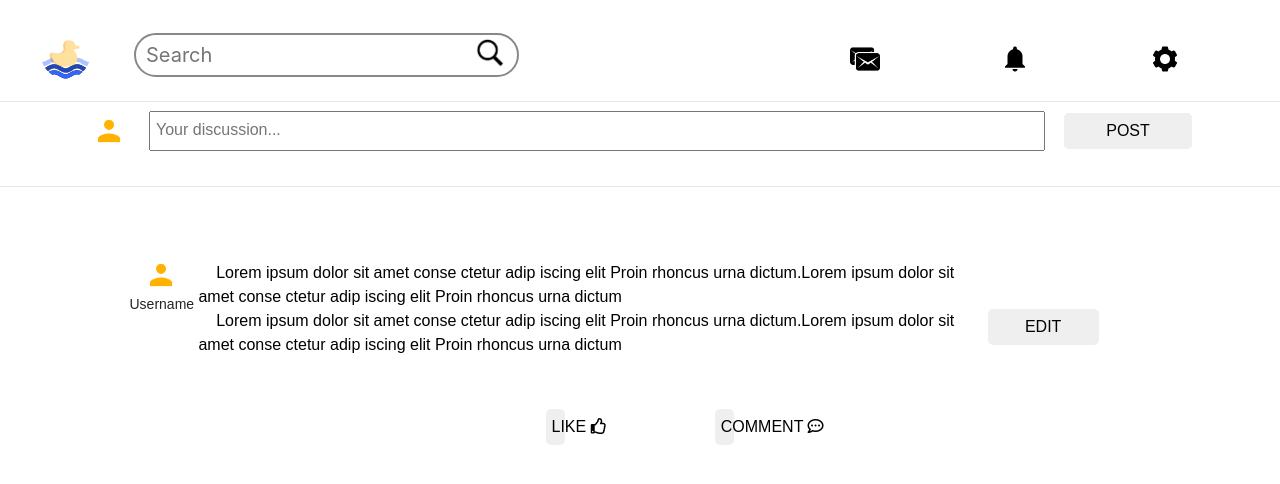
Repository: AOY311/DuckEdu
Page: discusion.html
These files come from the project's save history. The page is drawn as it stood at one moment and after the next save; the edit follows.
The browser window is 1280 px wide. The pictures show the whole page.
Some web libraries are served in a nearby version.

Above is the page before, as saved 2021-10-23 22:43:46.
Not found: comment.css

### discusion.html
<!DOCTYPE html>
<html lang="en">

<head>
    <meta charset="UTF-8" />
    <meta http-equiv="X-UA-Compatible" content="IE=edge" />
    <meta name="viewport" content="width=device-width, initial-scale=1.0" />
    <title>Comment</title>
    <link rel="stylesheet" href="comment.css" />

    <script src="https://kit.fontawesome.com/a0a7c0f0d8.js" crossorigin="anonymous"></script>

    <link rel="stylesheet" href="https://stackpath.bootstrapcdn.com/bootstrap/4.1.3/css/bootstrap.min.css" />
    <link rel="stylesheet" href="https://use.fontawesome.com/releases/v5.3.1/css/all.css" />
    <script src="https://cdnjs.cloudflare.com/ajax/libs/jquery/3.3.1/jquery.min.js"></script>
    <script src="https://stackpath.bootstrapcdn.com/bootstrap/4.1.3/js/bootstrap.min.js"></script>
    <link rel="stylesheet" href="CSS/toolbar.css">
    <style>
        .disc {
            margin: 0;
            padding: 0;
            font-family: sans-serif;
        }

        .img-avt {
            width: 50px;
            padding: 10px;
        }

        .ip-disc {
            height: 40px;
            padding: 6px;
            margin: 10px 15px;
            width: 70%;
            outline: none;
            resize: none;
            max-height: 200px;
        }

        .ip-disc::-webkit-scrollbar {
            display: none;
        }

        .btn {
            padding: 6px;
            width: 10%;
            cursor: pointer;
            border-radius: 5px;
            transition: 0.25s;
            margin: 0 4px;
            outline: none;
            border: none;
        }

        .btn:hover {
            background-color: rgb(190, 190, 190);
        }

        .btn-like:hover {
            background-color: #74b9ff;
        }

        .btn-cmt:hover {
            background-color: #55efc4;
        }

        .body-disc {
            padding: 8px;
            margin-top: 11px;
            display: flex;
            flex-direction: column;
            justify-content: center;
            align-items: center;
        }

        .posted-disc {
            max-width: 1109px;
        }

        .posted-disc,
        .ur-new-cmt,
        .oth-cmted {
            display: flex;
            align-items: center;
            width: 100%;
            text-align: justify;
            justify-content: center;
            position: relative;
            margin-top: 40px;
        }

        .line-disc {
            padding: 6px;
            width: 70%;
            margin: 10px 15px;
            outline: none;
            resize: none;
            border: none;
        }

        .line-disc::-webkit-scrollbar {
            display: none;
        }

        .disc-react {
            text-align: center;
            display: flex;
            justify-content: space-between;
        }

        .username {
            position: absolute;
            top: 5px;
            left: 50px;
        }

        .username::after {
            content: "Username";
            position: absolute;
            top: 80%;
            left: -10px;
            font-size: 14px;
            padding: 4px;
        }

        .cmt-in-cmt {
            padding: 20px 40px;
            position: relative;
        }

        textarea[readonly="true"] {
            height: fit-content;
        }

        .error_ms {
            display: block;
        }

        #dis_checkIp {
            margin-left: 150px;
            margin-top: -2%;
            color: red;
            display: none;
        }

        #com_checkIp {
            margin-left: 150px;
            color: red;
            display: none;
        }

        .header-disc {
            display: flex;
            align-items: center;
            justify-content: center;
            padding-bottom: 25px;
            box-shadow: rgba(17, 17, 26, 0.1) 0px 1px 0px;
        }

        .active-like {
            background-color: #74b9ff;
            color: #fff;
        }

        .active-cmt {
            background-color: #55efc4;
            color: #fff;
        }
    </style>
</head>

<body onload="hide_comment()">
    <div class="header">
        <nav class="header-contener">
            <div class="contener">
                <div class="side-left">
                    <span>
                        <a href="home.jsp" class="logo"><img id="logo_home" src="img/logo.svg" alt="logo"></a>
                         <div id="DuckEdu">
                             DUCK EDU
                         </div>
                    </span>
                    <span>
                        <div class="search">
                            <form action="#" method="GET">
                                <button class="icon btn-search " id="searchIcon" type="submit"><img src="./img/search.png" alt=""></button>
                                <input type="text" id="searchInput" placeholder="Search">
                            </form>
                            <div class="list-result-search">
                                <div class="result-search" id="a1" role="button" ><data>abcabcabcabcabcabcabcabcabcabcabcabcabcabcabcabc</data></div>
                                <div class="result-search" id="a2" role="button" >abc</div>
                                <div class="result-search" id="a3" role="button" >abc</div>
                                <div class="result-search" id="a4" role="button" >abc</div>
                                <div class="result-search" id="a5" role="button" >abc</div>
                                <div class="result-search" id="a6" role="button" >abc</div>
                            </div>
                        </div>
                    </span>
                </div>
                <div class="side-right">
                    <div class="option">
                        <nav>
                            <ul class="header_ul">
                                <li><img class="icon" src="img/message.png" alt="">
                                    <ul class="drop">
                                        <a href="message.html">
                                            <li>
                                                <img style="width: 25px; padding-right: 10px;" src="https://www.gravatar.com/avatar/205e460b479e2e5b48aec07710c08d50" /> some thing content there, Im handsome guy
                                            </li>
                                        </a>
                                        <a href="message.html">
                                            <li>
                                                <img style="width: 25px; padding-right: 10px;" src="https://www.gravatar.com/avatar/205e460b479e2e5b48aec07710c08d50" /> some thing content there, Im handsome guy
                                            </li>
                                        </a>

                                    </ul>
                                </li>
                                <li><img class="icon" src="img/bell.png" alt="">
                                    <ul class="drop">
                                        <li>
                                            <img style="width: 25px; padding-right: 10px;" src="https://www.gravatar.com/avatar/205e460b479e2e5b48aec07710c08d50" /> some thing content there, Im handsome guy
                                        </li>
                                    </ul>
                                </li>
                                <li><img class="icon" src="img/setting.png" alt="">
                                    <ul class="drop setting">
                                        <a style="width: 100%;" href="user.jsp">
                                            <li>
                                                <img style="width: 25px; padding-right: 10px;" src="https://www.gravatar.com/avatar/205e460b479e2e5b48aec07710c08d50" /> User
                                            </li>
                                        </a>
                                        <a style="width: 100%;" href="setting.jsp">
                                            <li>
                                                Setting page
                                            </li>
                                        </a>
                                        <li>
                                            Logout
                                        </li>
                                    </ul>
                                </li>
                            </ul>
                        </nav>
                    </div>
                </div>
            </div>
        </nav>
    </div>
    <div class="disc" id="disc-id">
        <!-- Your Input to Disscussion -->
        <div class="header-disc">
            <img src="./img/avt.png" alt="avatar" class="img-avt" />
            <textarea placeholder="Your discussion..." class="ip-disc" id="post-discusion-value"></textarea>
            <button type="submit" class="btn btn-post" id="post-discusion" onclick="postDiscusion()">
            POST
          </button>
        </div>
        <p id="dis_checkIp">INVALID</p>

        <!-- Body Disscussion -->
        <div class="body-disc">
            <!-- add div right there -->
            <div id="container-discusion"></div>
            <!-- posted disscussion -->
            <div class="posted-disc" id="test_id_2">
                <div class="username">
                    <img src="./img/avt.png" alt="avatar" class="img-avt" />
                </div>
                <textarea class="line-disc" id="test_id" readonly>
    Lorem ipsum dolor sit amet conse ctetur adip iscing elit Proin rhoncus urna dictum.Lorem ipsum dolor sit amet conse ctetur adip iscing elit Proin rhoncus urna dictum
    Lorem ipsum dolor sit amet conse ctetur adip iscing elit Proin rhoncus urna dictum.Lorem ipsum dolor sit amet conse ctetur adip iscing elit Proin rhoncus urna dictum
            </textarea>
                <button class="btn btn-edit" id="test_id_1" onclick="edit(this.id)">
              EDIT
            </button>
            </div>
            <div class="disc-react" id="post-form">
                <button class="btn btn-like">
              LIKE <i class="far fa-thumbs-up"></i>
            </button>
                <button class="btn btn-cmt" onclick="hide_comment()">
              COMMENT <i class="far fa-comment-dots"></i>
            </button>
            </div>

            <!-- Cmt in another post -->
            <div class="cmt-in-cmt" id="myDIV">
                <div class="ur-new-cmt">
                    <div class="username">
                        <img src="./img/avt.png" alt="avatar" class="img-avt" />
                    </div>
                    <textarea placeholder="Your discussion..." class="ip-disc" id="post-comment-value"></textarea>
                    <button type="submit" class="btn btn-post" id="post-comment" onclick="postComment()">
                POST
              </button>
                </div>
                <p id="com_checkIp">INVALID</p>

                <div id="container-comment"></div>

                <div class="oth-cmted">
                    <div class="username">
                        <img src="./img/avt.png" alt="avatar" class="img-avt img-oth" />
                    </div>
                    <textarea class="line-disc" readonly>
    Lorem ipsum dolor sit amet conse ctetur adip iscing elit Proin rhonc us urna dictum
                </textarea>
                    <button class="btn btn-like">
                LIKE <i class="far fa-thumbs-up"></i>
              </button>
                </div>
                <!-- <div class="disc-react">
              </div> -->
            </div>
        </div>
    </div>

    <script>
        const textarea = document.querySelectorAll("textarea");
        textarea.forEach((element) => {
            element.addEventListener("keydown", (e) => {
                element.style.height = "40px";
                let scHeight = e.target.scrollHeight;
                element.style.height = `${scHeight}px`;
            });
        });

        function resetArea(element) {
            element.style.height = "40px";

        }
        window.onload = function() {
            hide_comment();
        };

        function hide_comment() {
            var x = document.getElementById("myDIV");
            if (x.style.display === "none") {
                x.style.display = "block";
            } else {
                x.style.display = "none";
            }
        }

        function autoheight() {
            $(".line-disc").each(function() {
                $(this).height(this.scrollHeight);
            });
        }

        $(document).ready(function() {
            autoheight();
        });

        function postDiscusion() {
            var ms = document.getElementById("dis_checkIp");
            var textarea = document.getElementById("post-discusion-value");
            var result = textarea.value;
            if (!result.trim() == "") {
                ms.style.display = "none";

                jQuery("#container-discusion").append(
                    '<div class="posted-disc"><div class="username"><img src="./img/avt.png" alt="avatar" class="img-avt" /></div>' +
                    '<textarea class="line-disc" readonly>' +
                    result +
                    "</textarea>" +
                    '<button class="btn btn-edit">EDIT</button></div><div class="disc-react"><button class="btn btn-like">LIKE <i class="far fa-thumbs-up"></i></button><button class="btn btn-cmt" onclick="hide_comment()">COMMENT <i class="far fa-comment-dots"></i></button></div>'
                );
                autoheight();
            } else {
                ms.style.display = "block";
            }

            textarea.value = "";
            resetArea(textarea);
            //clean text area when submit
        }

        function postComment() {
            var ms = document.getElementById("com_checkIp");

            var textarea = document.getElementById("post-comment-value");
            var result = textarea.value;
            if (!result.trim() == "") {
                ms.style.display = "none";

                jQuery("#container-comment").append(
                    '<div class="oth-cmted"><div class="username"><img src="./img/avt.png" alt="avatar" class="img-avt img-oth" /></div>' +
                    '<textarea  class="line-disc" readonly>' +
                    result +
                    "</textarea>" +
                    '<button class="btn btn-like">LIKE <i class="far fa-thumbs-up"></i></div>'
                );
                autoheight();
            } else {
                ms.style.display = "block";
            }
            textarea.value = ""; //clean text area when submit
            resetArea(textarea);

        }

        function edit() {
            var elem = document.getElementById("test_id_1");
            if (elem.innerHTML == "EDIT") {
                elem.innerHTML = "DONE";
                var area = document.getElementById("test_id");
                area.readOnly = false;
                area.style.borderStyle = "solid";


            } else {
                elem.innerHTML = "EDIT";
                var area = document.getElementById("test_id");
                area.readOnly = true;
                area.style.borderStyle = "none";
            }
        }
        $(document).ready(function() {
            $(".btn-like").click(function() {
                $(this).toggleClass("active-like");
            });
        });

        $(document).ready(function() {
            $(".btn-cmt").click(function() {
                $(this).toggleClass("active-cmt");
            });
        });
    </script>
</body>

</html>

### CSS/toolbar.css
.header {
    height: 101px;
}

.header-contener {
    position: fixed;
    z-index: 10;
    top: 0px;
    width: 100%;
    padding: 10px 20px;
    background: white;
    box-shadow: rgba(17, 17, 26, 0.1) 0px 1px 0px;
}

.contener {
    height: 100%;
    display: flex;
    box-sizing: border-box;
    justify-content: space-between;
    align-items: center;
    flex-direction: row;
    min-width: auto;
    margin: 0 auto;
    padding-right: 20px;
    padding-left: 20px;
    max-width: 1240px;
}

#logo_home {
    width: 50px;
    left: 39px;
    top: 8px;
    margin-right: 5px;
}

.icon {
    width: 30px;
    height: 30px;
}

#searchIcon>img {
    position: absolute;
    width: 30px;
    height: 30px;
    left: 375px;
    top: 20px;
}

#searchInput {
    box-sizing: content-box;
    height: 40px;
    width: 325px;
    padding: 0 46px 0 10px;
    border-color: #888;
    border-radius: 35px;
    border-style: solid;
    border-width: 2px;
    margin-top: 15px;
    color: #333;
    font-size: 20px;
    -webkit-appearance: none;
    -moz-appearance: none;
}

#searchInput:focus {
    border: 0px;
}

.search {
    display: inline-block;
    align-items: center;
    position: relative;
}

.btn-search {
    background-color: transparent;
    border: none;
    color: none;
    cursor: pointer;
}

.button-38 {
    background-color: #FFFFFF;
    border: 0;
    border-radius: .5rem;
    box-sizing: border-box;
    color: #111827;
    font-family: "Inter var", ui-sans-serif, system-ui, -apple-system, system-ui, "Segoe UI", Roboto, "Helvetica Neue", Arial, "Noto Sans", sans-serif, "Apple Color Emoji", "Segoe UI Emoji", "Segoe UI Symbol", "Noto Color Emoji";
    font-size: .875rem;
    font-weight: 600;
    line-height: 1.25rem;
    padding: .75rem 1rem;
    text-align: center;
    text-decoration: none #D1D5DB solid;
    text-decoration-thickness: auto;
    box-shadow: 0 1px 3px 0 rgba(0, 0, 0, 0.1), 0 1px 2px 0 rgba(0, 0, 0, 0.06);
    cursor: pointer;
    -webkit-user-select: none;
    user-select: none;
    touch-action: manipulation;
}

.button-38:hover {
    background-color: rgb(249, 250, 251);
}

.button-38:focus {
    outline: 2px solid transparent;
    outline-offset: 2px;
}

.button-38:focus-visible {
    box-shadow: none;
}

.side-right span:not(:first-child) {
    margin-left: 10px;
}

ul .drop {
    background: none;
    list-style: none;
    padding: 0;
    margin: 0;
    display: inline-block;
    border-radius: 5px;
}

.header_ul>ul li {
    padding: 0 10px;
}

.header_ul li {
    display: flex;
    align-items: center;
    justify-content: center;
}

.header_ul>li {
    list-style: none;
    float: left;
    width: 150px;
    height: 65px;
    line-height: 65px;
    position: relative;
    font-size: 14px;
    color: rgba(0, 0, 0, 0.7);
    cursor: pointer;
}

.setting a {
    cursor: pointer;
}

ul.drop {
    position: absolute;
    top: 100%;
    left: 0%;
    width: 100%;
    padding: 0;
    border-radius: 0px;
}

ul.drop li {
    display: none;
    text-align: left;
    width: 150px;
    margin: 0px;
    background: white;
    border-radius: 0px;
    align-items: center;
    position: relative;
    white-space: nowrap;
    overflow: hidden !important;
    text-overflow: ellipsis;
}

ul.drop li:hover {
    background: rgb(235, 234, 234);
}

.setting {
    background: rgb(80, 150, 255) !important;
    border-radius: 0px;
}

ul.drop {
    border-radius: 0px 0px 5px 5px;
    overflow: hidden;
}

li:hover {
    background: rgba(218, 216, 216, 0.3);
    border-radius: 5px 5px 0 0;
}

li:hover>ul.drop li {
    display: block;
    z-index: 10;
}

ul.setting li {
    background: rgb(109, 189, 255);
    display: none;
}

ul.drop.setting li:hover {
    background: rgb(86, 154, 255);
    color: white;
}

@media only screen and (max-width: 500px) {
    .option {
        float: left;
    }
}

#DuckEdu {
    display: none;
}

.side-left span:hover>#DuckEdu {
    display: inline-block;
    -webkit-animation: tracking-in-expand 0.7s cubic-bezier(0.215, 0.610, 0.355, 1.000) both;
    animation: tracking-in-expand 0.7s cubic-bezier(0.215, 0.610, 0.355, 1.000) both;
}

.tracking-in-expand {
    -webkit-animation: tracking-in-expand 0.7s cubic-bezier(0.215, 0.610, 0.355, 1.000) both;
    animation: tracking-in-expand 0.7s cubic-bezier(0.215, 0.610, 0.355, 1.000) both;
}

.list-result-search {
    display: none;
    position: absolute;
    width: 100%;
    flex-direction: column;
    background: transparent;
    /* display: flex; */
    align-items: center;
    justify-content: center;
}

.result-search {
    width: 75%;
    height: 50px;
    background: white;
    padding: 5px;
    border: 1px solid;
    display: flex;
    align-items: center;
    justify-content: left;
}

.result-search:hover {
    background: #D1D5DB;
}

.result-search data {
    white-space: nowrap;
    overflow: hidden !important;
    text-overflow: ellipsis;
}


/* ----------------------------------------------
 * Generated by Animista on 2021-10-16 23:8:53
 * Licensed under FreeBSD License.
 * See http://animista.net/license for more info.
 * w: http://animista.net, t: @cssanimista
 * ---------------------------------------------- */


/**
 * ----------------------------------------
 * animation tracking-in-expand
 * ----------------------------------------
 */

@-webkit-keyframes tracking-in-expand {
    0% {
        letter-spacing: -0.5em;
        opacity: 0;
    }
    40% {
        opacity: 0.6;
    }
    100% {
        opacity: 1;
    }
}

@keyframes tracking-in-expand {
    0% {
        letter-spacing: -0.5em;
        opacity: 0;
    }
    40% {
        opacity: 0.6;
    }
    100% {
        opacity: 1;
    }
}

After the next save:
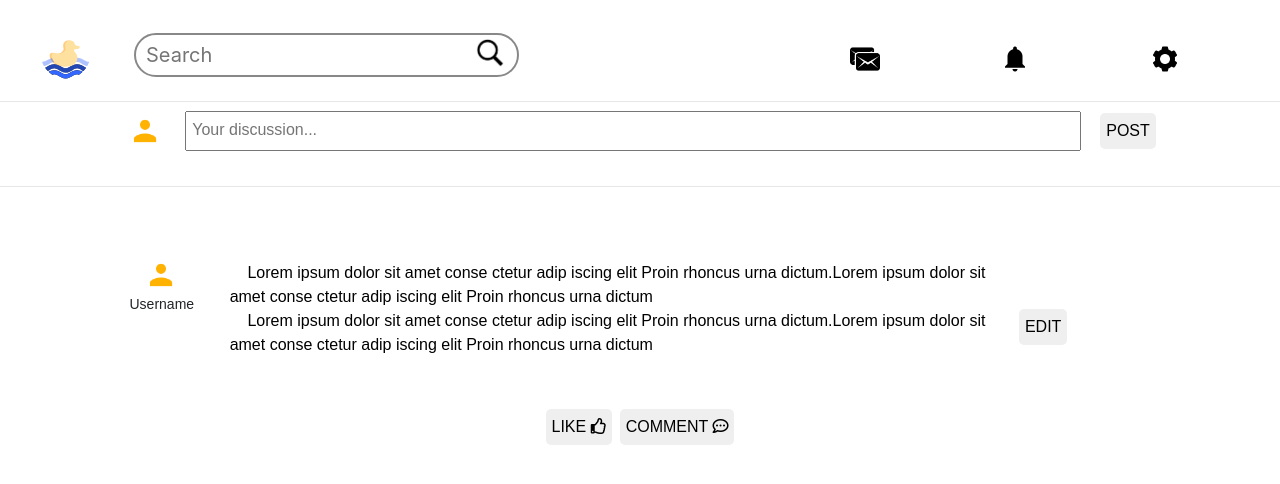
Saved 41 s later.
--- a/discusion.html
+++ b/discusion.html
@@ -43,7 +43,7 @@
 
         .btn {
             padding: 6px;
-            width: 10%;
+            width: fit-content;
             cursor: pointer;
             border-radius: 5px;
             transition: 0.25s;
